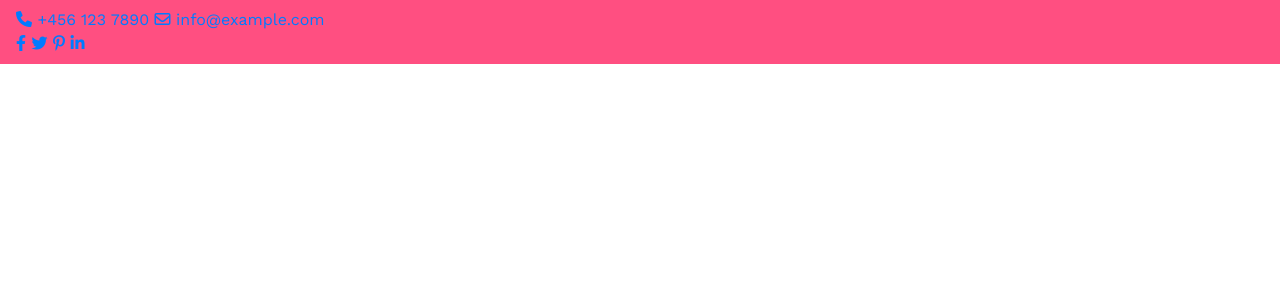
Repository: nguyenbinhminh/instruction_clone
Page: index.html
The author's editor kept a copy of each file at every save. The page is drawn from the files as they stood at one save, then again after the next save.
The browser window is 1280 px wide. The pictures show the whole page.

Above is the page before, as saved 2021-09-29 20:58:08.

After the next save:
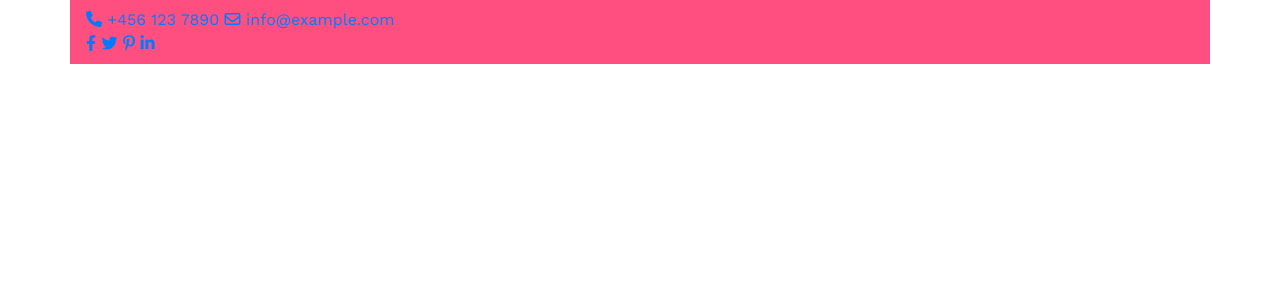
Saved 49 s later.
--- a/index.html
+++ b/index.html
@@ -32,7 +32,7 @@
 	<body>
 		<!-- HEADER -->
 		<header>
-			<div class="header__top">
+			<div class="header__top container">
 				<div class="header__left">
 					<a href="tel:+456 123 7890">
 						<i class="fas fa-phone"></i>

After the save that followed:
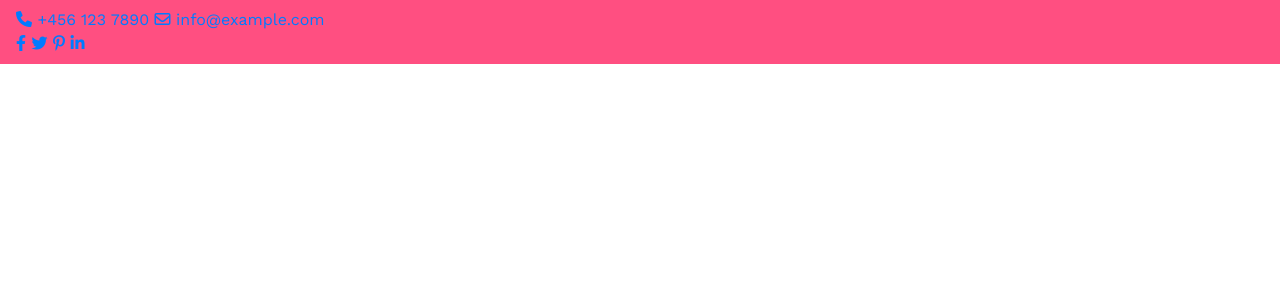
Saved 39 s later.
--- a/index.html
+++ b/index.html
@@ -32,7 +32,7 @@
 	<body>
 		<!-- HEADER -->
 		<header>
-			<div class="header__top container">
+			<div class="header__top container-fluid">
 				<div class="header__left">
 					<a href="tel:+456 123 7890">
 						<i class="fas fa-phone"></i>
